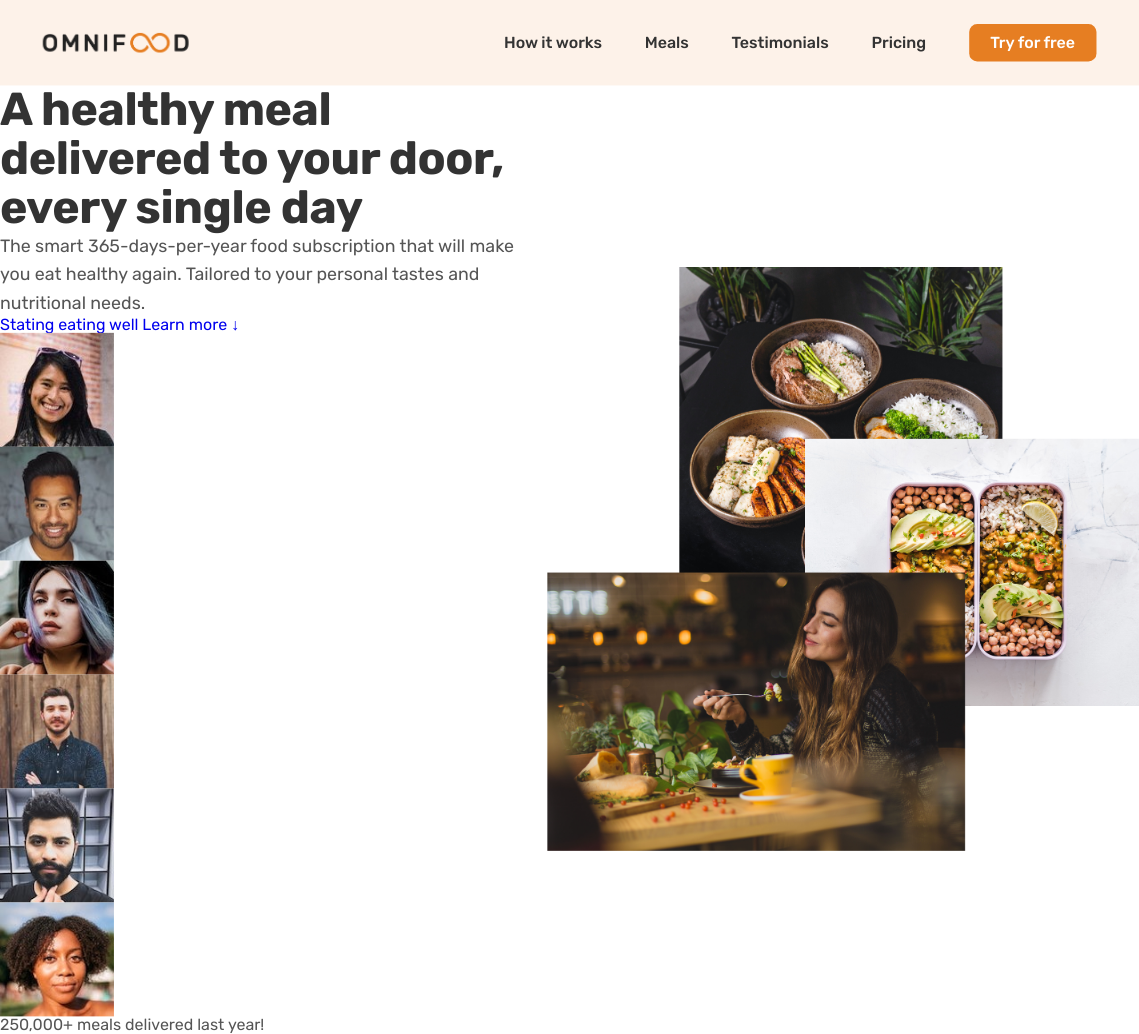
Repository: longvuht/omnifood-vu-nl
Page: index.html
An editor plug-in stored every save of this project. The page is shown before and after the next save, followed by the edit.
The browser window is 1280 px wide. The pictures show the whole page, at 89% of full size.
The style sheet was rebuilt from its Sass, Less or Tailwind sources for each picture, by a compiler version that may differ from the author's.

Above is the page before, as saved 2022-09-18 17:51:15.

### index.html
<!DOCTYPE html>
<html lang="en">
  <head>
    <meta charset="UTF-8" />
    <meta name="viewport" content="width=device-width, initial-scale=1.0" />
    <link rel="preconnect" href="https://fonts.googleapis.com" />
    <link rel="preconnect" href="https://fonts.gstatic.com" crossorigin />
    <link
      href="https://fonts.googleapis.com/css2?family=Rubik:wght@400;500;600;700&display=swap"
      rel="stylesheet"
    />
    <link rel="stylesheet" href="./css/style.css" />
    <title>Omnifood vu-nl</title>
  </head>
  <body>
    <div class="wrapper">
      <header class="header">
        <div class="header__container">
          <div class="header__logo">
            <a href="#none" class="header__link"
              ><img
                src="./image/omnifood-logo.png"
                alt="logo omnifood-logo"
                class="header__image"
            /></a>
          </div>
          <div class="header__menu">
            <ul class="header__list">
              <li class="header__item">
                <a href="#none" class="header__link">How it works</a>
              </li>
              <li class="header__item">
                <a href="#none" class="header__link">Meals</a>
              </li>
              <li class="header__item">
                <a href="#none" class="header__link">Testimonials</a>
              </li>
              <li class="header__item">
                <a href="#none" class="header__link">Pricing</a>
              </li>
              <li class="header__item">
                <a href="#none" class="header__link">Try for free</a>
              </li>
            </ul>
          </div>
        </div>
      </header>
      <section class="hero">
        <div class="hero__container">
          <div class="hero__info">
            <h1 class="hero__heading">
              A healthy meal delivered to your door, every single day
            </h1>
            <p class="text-lg hero__desc">
              The smart 365-days-per-year food subscription that will make you
              eat healthy again. Tailored to your personal tastes and
              nutritional needs.
            </p>
            <a href="#none" class="button button--primary"
              >Stating eating well</a
            >
            <a href="#none" class="button button--secondary"
              >Learn more &ShortDownArrow;</a
            >
            <div class="hero__meals">
              <div class="hero__meals-customer">
                <img
                  src="./image/customers/customer-1.jpg"
                  alt="customer image"
                  class="hero__meals-image"
                />
                <img
                  src="./image/customers/customer-2.jpg"
                  alt="customer image"
                  class="hero__meals-image"
                />
                <img
                  src="./image/customers/customer-3.jpg"
                  alt="customer image"
                  class="hero__meals-image"
                />
                <img
                  src="./image/customers/customer-4.jpg"
                  alt="customer image"
                  class="hero__meals-image"
                />
                <img
                  src="./image/customers/customer-5.jpg"
                  alt="customer image"
                  class="hero__meals-image"
                />
                <img
                  src="./image/customers/customer-6.jpg"
                  alt="customer image"
                  class="hero__meals-image"
                />
              </div>
              <p class="hero__meals-delivered">
                <span>250,000+</span> meals delivered last year!
              </p>
            </div>
          </div>
          <div class="hero__image">
            <img
              src="./image/hero.png"
              alt="woman enjoying food, meals in strorage container, and food bowls on a table"
            />
          </div>
        </div>
      </section>
    </div>
  </body>
</html>

### sass/app.scss
@import "reset";
@import "variables";
@import "typography";
@import "global";
@import "header";
@import "hero";

### sass/_reset.scss
html {
  box-sizing: border-box;
}
* {
  margin: 0;
  padding: 0;
}
*,
*:before,
*:after {
  box-sizing: border-box;
}
input,
textarea,
select,
button {
  outline: none;
}
input {
  line-height: normal;
}
label,
button {
  cursor: pointer;
}
a {
  text-decoration: none;
}
img {
  display: block;
  max-width: 100%;
}
html {
  font-size: 62.5%;
}

### sass/_variables.scss
$primary-color: #fdf2e9;
$secondary-color: #e67e22;
$heading-color: #333;
$logo-color: #808080;
$text-color: #555;
$font: "Rubik", sans-serif;

### sass/_typography.scss
h1 {
  font-size: 5.2rem;
  font-weight: 700;
  letter-spacing: -0.5px;
  line-height: calc(54.6 / 52);
  color: $heading-color;
}
h2 {
  font-size: 4.4rem;
  font-weight: 700;
  letter-spacing: -0.5px;
  line-height: calc(52.8 / 44);
  color: $heading-color;
}
h3 {
  font-size: 3rem;
  font-weight: 700;
  letter-spacing: -0.5px;
  line-height: calc(36 / 30);
  counter-reset: $heading-color;
}
.text-lg {
  font-size: 2rem;
  line-height: calc(32 / 20);
}

### sass/_global.scss
body {
  font-family: $font;
  font-size: 1.8rem;
  line-height: 1;
  font-weight: 400;
  color: #555;
}
.container {
  max-width: 120rem;
  margin: 0 auto;
}

### sass/_header.scss
.header {
  &__container {
    padding: 2.7rem 4.8rem;
    background-color: $primary-color;
    display: flex;
    justify-content: space-between;
    align-items: center;
  }
  &__image {
    height: 2.2rem;
  }
  &__list {
    display: flex;
    justify-content: space-between;
    align-items: center;
    gap: 0 4.8rem;
    list-style-type: none;
  }
  &__item {
    &:last-child {
      padding: 1.2rem 2.4rem;
      color: #fff;
      background-color: $secondary-color;
      border-radius: 0.9rem;
      & .header__link {
        color: #fff;
      }
    }
  }
  &__link {
    color: $heading-color;
    font-weight: 500;
  }
}

### sass/_hero.scss
.hero {
  &__container {
    max-width: 130rem;
    display: flex;
    justify-content: space-between;
    align-items: center;
  }
}

After the next save:
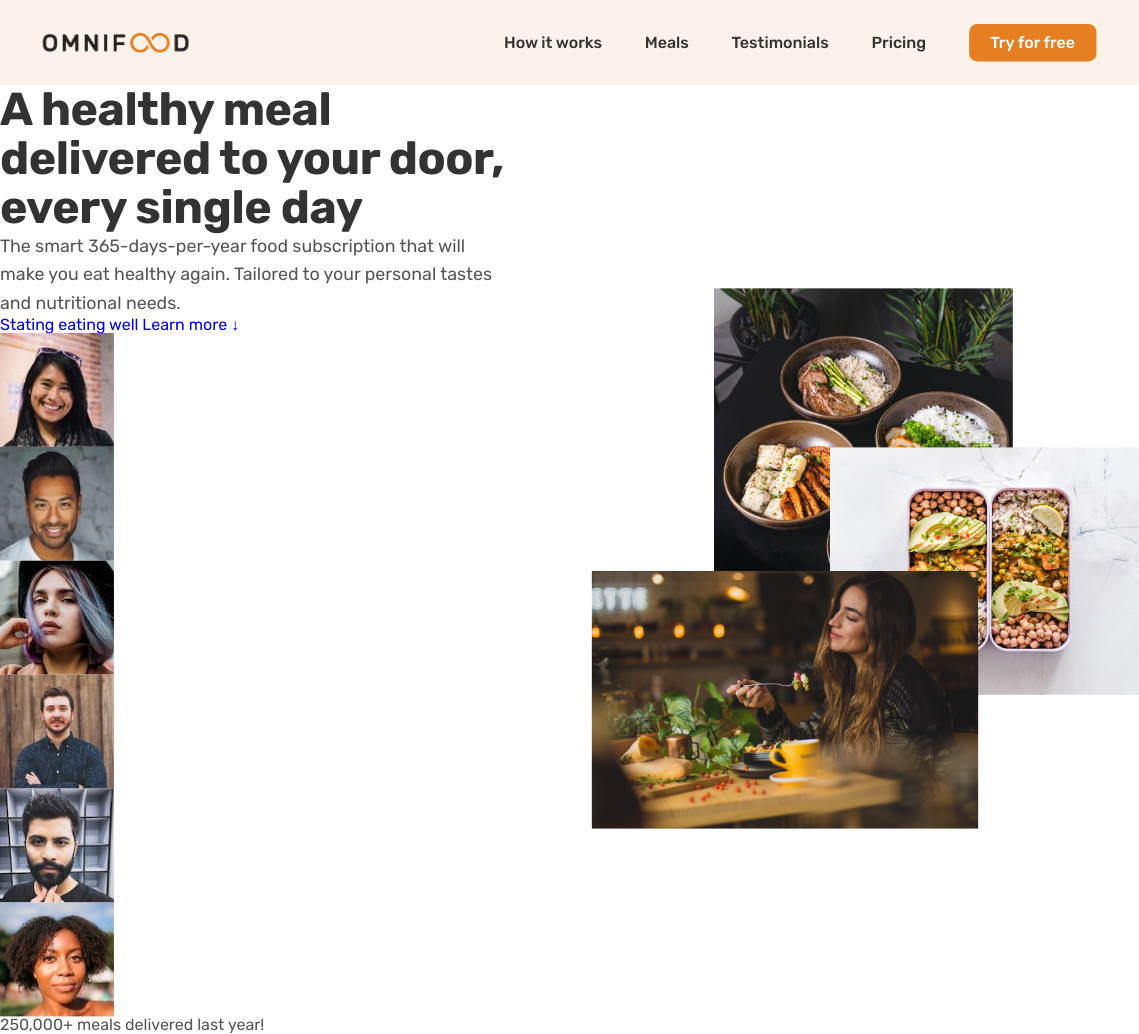
Saved 9 s later.
--- a/sass/_hero.scss
+++ b/sass/_hero.scss
@@ -4,5 +4,6 @@
     display: flex;
     justify-content: space-between;
     align-items: center;
+    gap: 0 9.6rem;
   }
 }
